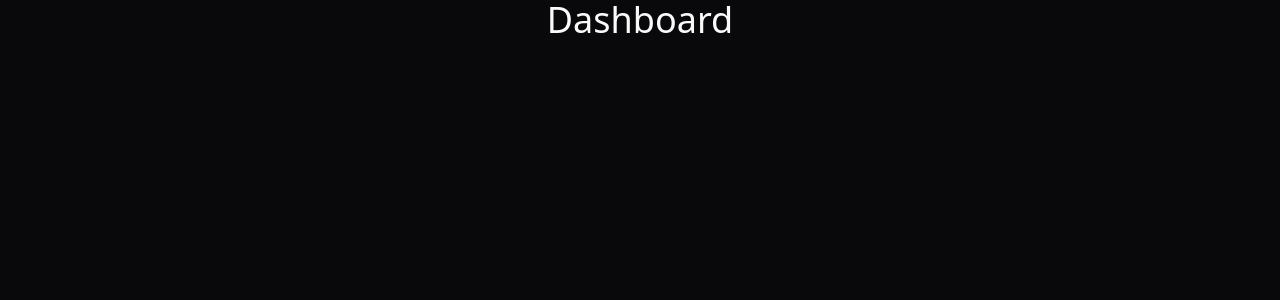
Repository: svoglimacci/recipe-app-tmp
Page: /app
The author's editor kept a copy of each file at every save. The page is drawn from the files as they stood at one save, then again after the next save.
The browser window is 1280 px wide. The pictures show the whole page.
The project was rebuilt for these pictures with package versions that can differ from the ones it lists, and the page was loaded fresh each time. Also part of the build but not shown: vite.config.ts, src/components/Recipe.tsx, src/components/RecipeList.tsx, src/components/RecipeCard.tsx, src/views/Login.tsx, src/views/Landing.tsx, src/views/Home.tsx.

Above is the page before, as saved 2024-01-30 13:47:10.

After the next save:
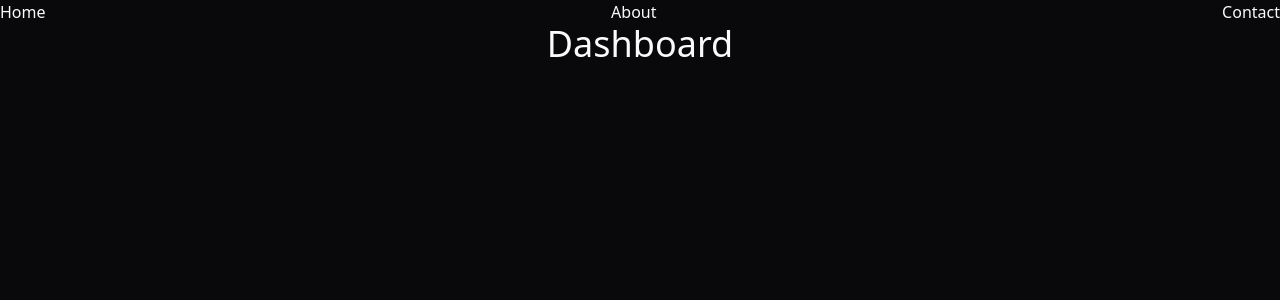
Saved 10 s later.
--- a/src/components/Nav.tsx
+++ b/src/components/Nav.tsx
@@ -1,7 +1,7 @@
 
 function Nav() {
   return (
-  <nav className="sm:hidden">
+  <nav>
   <ul className="flex flex-row justify-between">
     <li className="text-primary">Home</li>
     <li className="text-primary">About</li>
